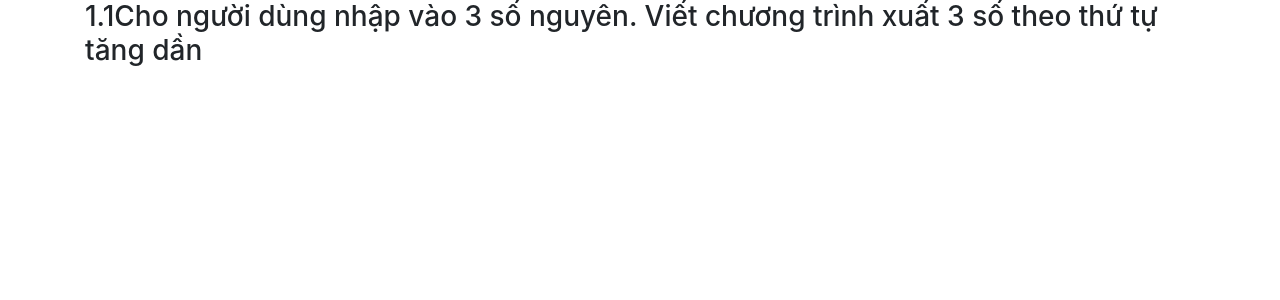
Repository: baobaodeveloper/bootscamp21__jsbasic__HuynhAnhBao
Page: index.html
An editor plug-in stored every save of this project. The page is shown before and after the next save, followed by the edit.
The browser window is 1280 px wide. The pictures show the whole page.

Above is the page before, as saved 2022-03-09 22:58:03.

### index.html
<!DOCTYPE html>
<html lang="en">
  <head>
    <title>javaScript basic</title>
    <!-- Required meta tags -->
    <meta charset="utf-8" />
    <meta
      name="viewport"
      content="width=device-width, initial-scale=1, shrink-to-fit=no"
    />

    <!-- Bootstrap CSS -->
    <link
      rel="stylesheet"
      href="https://stackpath.bootstrapcdn.com/bootstrap/4.3.1/css/bootstrap.min.css"
      integrity="sha384-ggOyR0iXCbMQv3Xipma34MD+dH/1fQ784/j6cY/iJTQUOhcWr7x9JvoRxT2MZw1T"
      crossorigin="anonymous"
    />
  </head>
  <body>
    <div class="container">
      <h3>
        1.1Cho người dùng nhập vào 3 số nguyên. Viết chương trình xuất 3 số theo
        thứ tự tăng dần
      </h3>
    </div>
    <!-- Optional JavaScript -->
    <!-- jQuery first, then Popper.js, then Bootstrap JS -->
    <script
      src="https://code.jquery.com/jquery-3.3.1.slim.min.js"
      integrity="sha384-q8i/X+965DzO0rT7abK41JStQIAqVgRVzpbzo5smXKp4YfRvH+8abtTE1Pi6jizo"
      crossorigin="anonymous"
    ></script>
    <script
      src="https://cdnjs.cloudflare.com/ajax/libs/popper.js/1.14.7/umd/popper.min.js"
      integrity="sha384-UO2eT0CpHqdSJQ6hJty5KVphtPhzWj9WO1clHTMGa3JDZwrnQq4sF86dIHNDz0W1"
      crossorigin="anonymous"
    ></script>
    <script
      src="https://stackpath.bootstrapcdn.com/bootstrap/4.3.1/js/bootstrap.min.js"
      integrity="sha384-JjSmVgyd0p3pXB1rRibZUAYoIIy6OrQ6VrjIEaFf/nJGzIxFDsf4x0xIM+B07jRM"
      crossorigin="anonymous"
    ></script>
  </body>
</html>

After the next save:
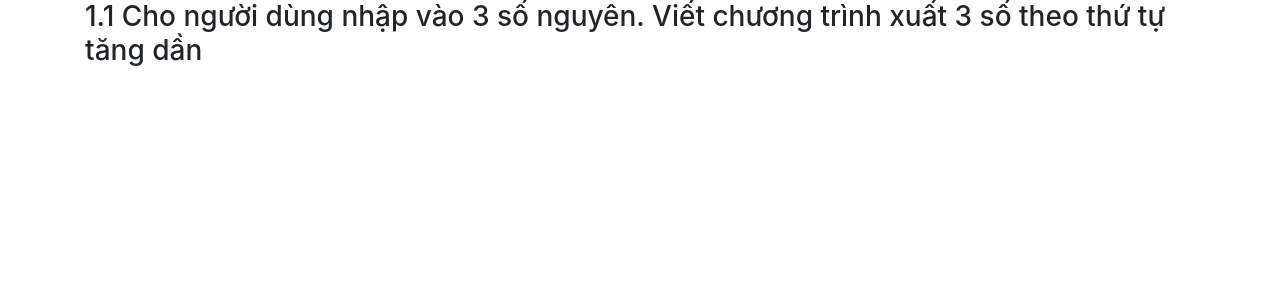
Saved 4 s later.
--- a/index.html
+++ b/index.html
@@ -20,8 +20,8 @@
   <body>
     <div class="container">
       <h3>
-        1.1Cho người dùng nhập vào 3 số nguyên. Viết chương trình xuất 3 số theo
-        thứ tự tăng dần
+        1.1 Cho người dùng nhập vào 3 số nguyên. Viết chương trình xuất 3 số
+        theo thứ tự tăng dần
       </h3>
     </div>
     <!-- Optional JavaScript -->
